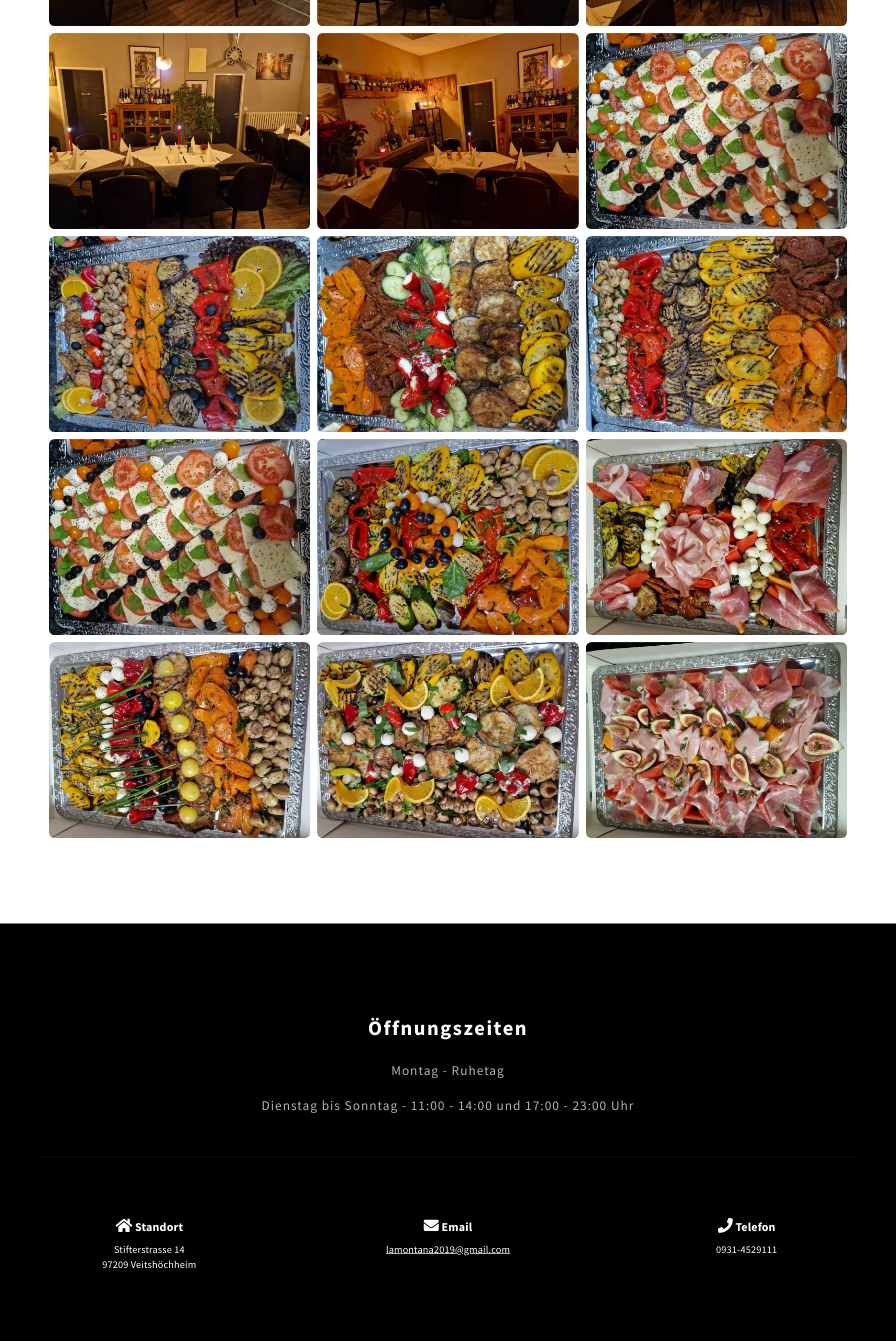
Repository: restaurantlamontana/restaurantlamontana.github.io
Page: index.html
An editor plug-in stored every save of this project. The page is shown before and after a run of saves, followed by the edit.
The browser window is 1280 px wide. The pictures show the part of the page from y = 1376 to 3296 px (the page is 3291 px tall before and 3296 px after), at 70% of full size.

Above is the page before, as saved 2024-07-15 12:12:02.

### index.html
<!DOCTYPE html>
<html>
  <head>
    <title>La Montana</title>
    <meta charset="utf-8" />
    <meta
      name="viewport"
      content="width=device-width, initial-scale=1, user-scalable=no"
    />
    <link rel="stylesheet" href="assets/css/main.css" />
  </head>
  <body class="homepage is-preload">
    <div id="page-wrapper">
      <!-- Header -->
      <section id="header" class="wrapper">
        <!-- Logo -->
        <div id="logo">
          <h1 style="font-size: 40px;"><a href="index.html">La Montana</a></h1>
        </div>

        <!-- Nav -->
        <nav id="nav">
          <ul class="toplinks">
            <li class="current"><a href="index.html">Home</a></li>
            <li><a href="assets/Speisekarte_Scan.pdf" target="_blank">Speisekarte</a></li>
            <li><a href="blog.html">Blog</a></li>
          </ul>
        </nav>
      </section>

      <!-- Intro -->
      <section id="intro" class="wrapper style1">
        <div class="container">
			<br><br><br><br>
			<p class="style1">Italienisches Ambiente?</p>
			<br>
          <p class="style1">Besuchen Sie doch das Restaurant La Montana in Veitshöchheim...</p>
          <ul class="actions">
            <li><a href="assets/Speisekarte_Scan.pdf" target="_blank" class="button style3 large">Speisekarte</a></li>
          </ul>
		  <ul class="actions">
            <li><a href="blog.html" class="button style3 large">Blog</a></li>
          </ul>
        </div>
      </section>

	  <!-- Image Grid -->
      <section class="wrapper">
        <div class="container">
          <div class="image-grid">
			<img src="images/IMG_3203.JPG">
            <img src="images/IMG_3204.JPG">
            <img src="images/IMG_3205.JPG">
			<img src="images/IMG_3206.JPG">
			<img src="images/IMG_3207.JPG">
            <img src="images/IMG_3199.JPG">
			<img src="images/IMG_3200.JPG">
            <img src="images/IMG_3201.JPG">
            <img src="images/IMG_3202.JPG">
			<img src="images/IMG_3199.JPG">
			<img src="images/IMG_3194.JPG">
            <img src="images/IMG_3195.JPG">
            <img src="images/IMG_3196.JPG">
            <img src="images/IMG_3197.JPG">
            <img src="images/IMG_3198.JPG">
          </div>
        </div>
      </section>

      <!-- Footer -->
      <section id="footer" class="wrapper">
		<div class="container">
			<header class="style1">
				<h2>Öffnungszeiten</h2>
				<p>
					Montag - Ruhetag
				</p>
				<p>
					Dienstag bis Sonntag - 11:00 - 14:00 und 17:00 - 23:00 Uhr
				</p>
			</header>
			</div>
			<div class="flex-container">
				<div class="flex-item">
					<h3 class="icon solid fa-home">   Standort</h3>
					<p style="color: white;">
						Stifterstrasse 14<br />
						97209 Veitshöchheim<br />
					</p>
				</div>
				<div class="flex-item">
					<h3 class="icon solid fa-envelope">   Email</h3>
					<p>
						<a href="mailto:lamontana2019@gmail.com">lamontana2019@gmail.com</a>
					</p>
				</div>
				<div class="flex-item">
					<h3 class="icon solid fa-phone">   Telefon</h3>
					<p style="color: white;">0931-4529111</p>
				</div>
				</div>
		</div>
	</section>
</body>
</html>

Loaded but not shown: assets/css/fontawesome-all.min.css (library); assets/css/main.css (3122 lines, source omitted)

After the next 2 saves:
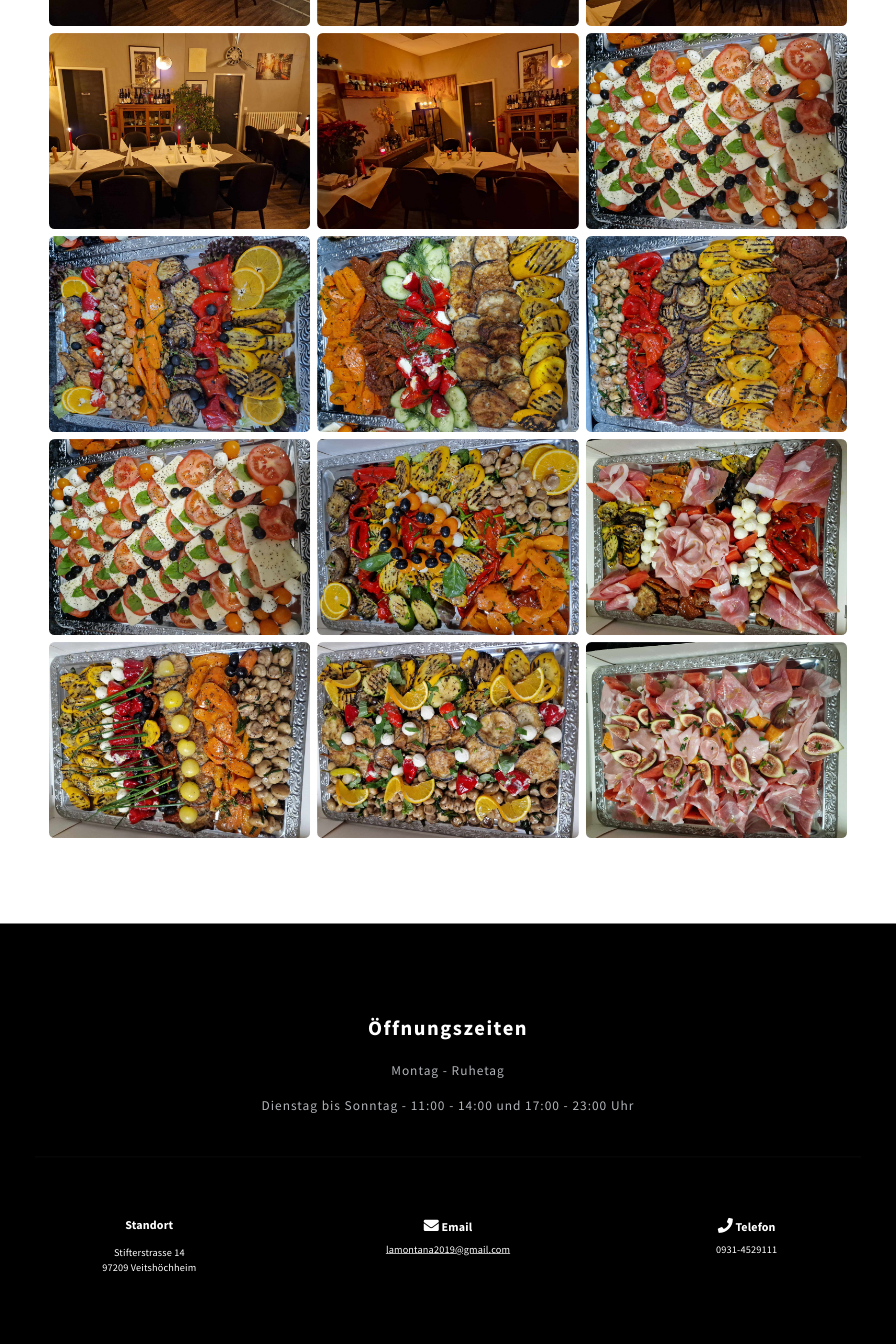
The 2 saves are shown as one change because they came seconds apart.
The last was saved 16 s later.
--- a/index.html
+++ b/index.html
@@ -82,7 +82,7 @@
 			</div>
 			<div class="flex-container">
 				<div class="flex-item">
-					<h3 class="icon solid fa-home">   Standort</h3>
+					<h3>Standort</h3>
 					<p style="color: white;">
 						Stifterstrasse 14<br />
 						97209 Veitshöchheim<br />
